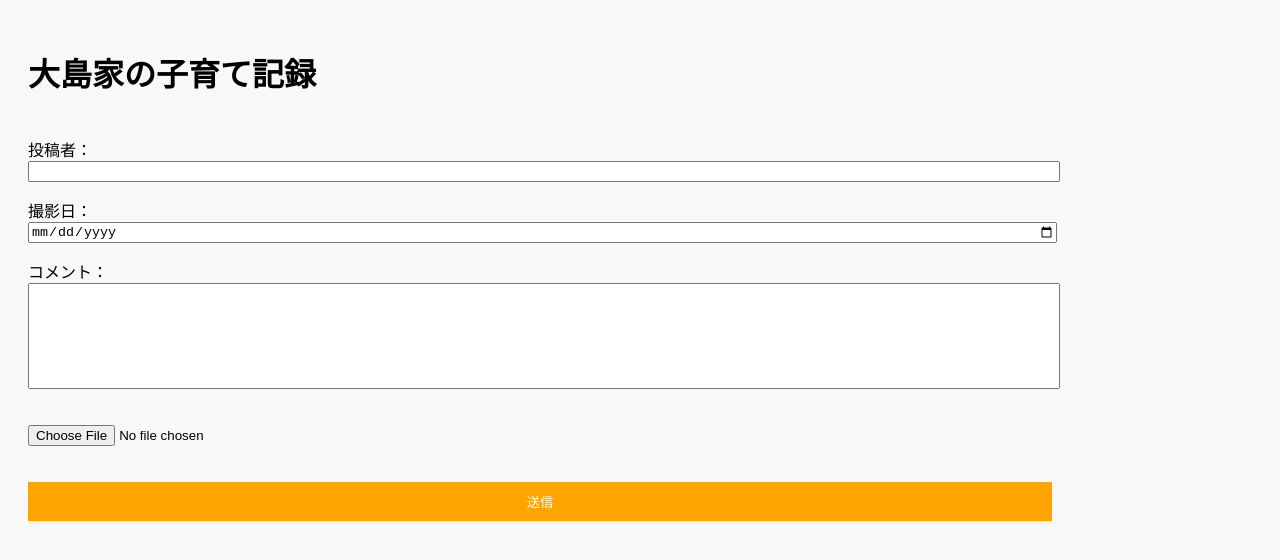
Repository: daidai0602/gs_kadai_questionnaire
Page: http://localhost/post.php
The author's editor kept a copy of each file at every save. The page is drawn from the files as they stood at one save, then again after a run of saves.
The browser window is 1280 px wide. The pictures show the whole page.
The page is run by PHP 8.4 with error messages shown; the project is at /var/www/html/.

Above is the page before, as saved 2023-11-15 23:23:52.

### post.php
<!DOCTYPE html>
<html lang="ja">
<head>
  <meta charset="UTF-8">
  <title>Document</title>
  <style>
    body {
      font-family: Arial, Helvetica, sans-serif;
      background-color: #f8f8f8;;
      padding: 20px;
      width: 80%;
      height: 30px;
      /* text-align: center; */
    }
    h1 {
      padding-bottom: 20px;
    }
    input{
      width: 100%;
    }
    input[type=textarea]{
      height: 100px;
    }
    input[type=file]{
      padding: 20px 0;
    }
    input[type=submit]{
      background-color: orange;
      color: white;
      padding: 10px 20px;
      border: none;
      cursor: pointer;

    }

  </style>
</head>
<body>
  <h1>大島家の子育て記録</h1>
  <form action="write.php" method="post" enctype="multipart/form-data">
    <p>投稿者：<br>
       <input type="text" name="name" size="15" required></p>
    <p>撮影日：<br>
       <input type="date" name="date" required></p>
    <p>コメント：<br>
       <input type="textarea" name="comment" size="20" required></p>
    <p><input type="file" name="upload_image"></p>
    <p><input type="submit" class="btn_submit" value="送信"></p>
  </form>
</body>
</html>

After the next 2 saves:
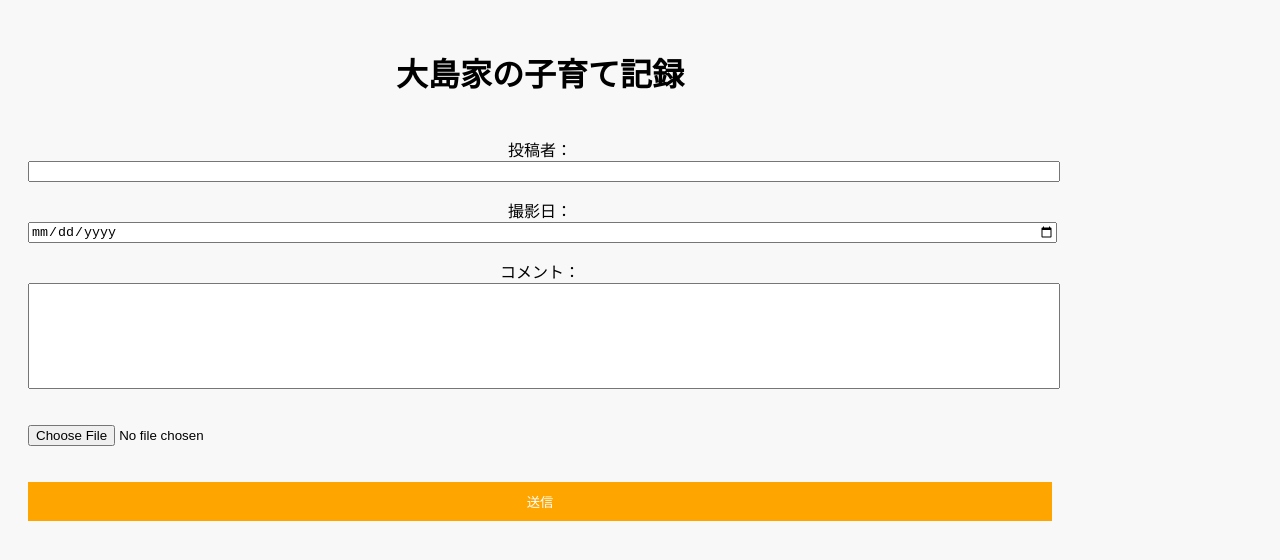
The 2 saves are shown as one change because they came seconds apart.
The last was saved 14 s later.
--- a/post.php
+++ b/post.php
@@ -9,8 +9,7 @@
       background-color: #f8f8f8;;
       padding: 20px;
       width: 80%;
-      height: 30px;
-      /* text-align: center; */
+      text-align: center;
     }
     h1 {
       padding-bottom: 20px;

After the save that followed:
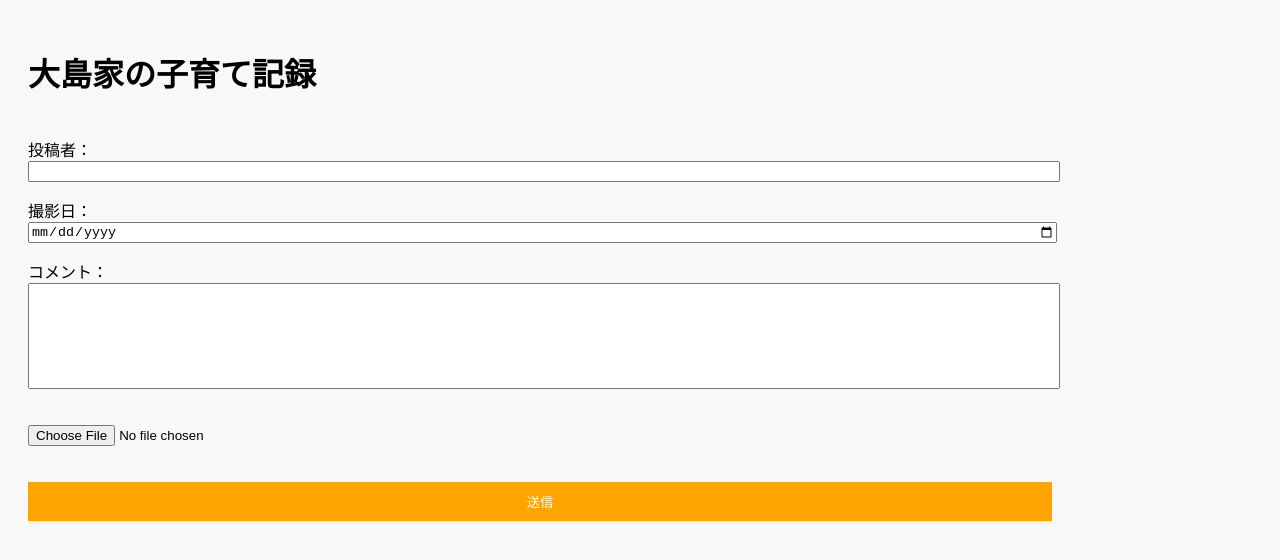
Saved 9 s later.
--- a/post.php
+++ b/post.php
@@ -9,7 +9,7 @@
       background-color: #f8f8f8;;
       padding: 20px;
       width: 80%;
-      text-align: center;
+      /* text-align: center; */
     }
     h1 {
       padding-bottom: 20px;
